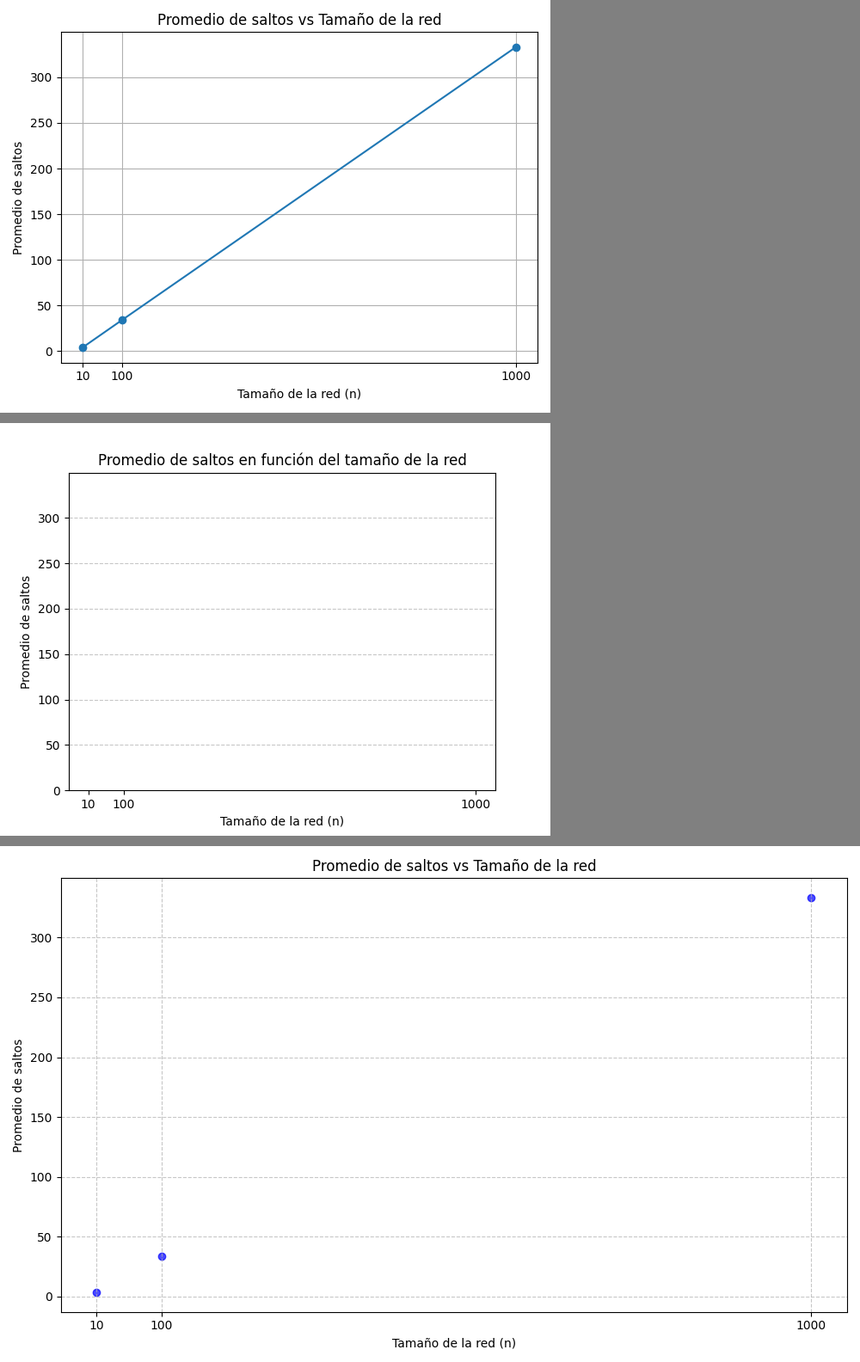
Repository: Carpinteron/TallerrRedes
Script's output: python SimulacionTaller.py
The author's editor kept a copy of each file at every save. The script's output is drawn from the files as they stood at one save, then again after a run of saves.
The pictures are shown at 86% of full size.
Each picture stacks the figures in order, with grey between them; figures that are only written to a file come last. Random numbers start from a fixed seed.

Above is the script's output before, as saved 2025-02-11 08:37:23.

### SimulacionTaller.py
import random # importar librería random para la generación de valores aleatorios
from fractions import Fraction # importar librería Fraction para el manejo de fracciones
import matplotlib.pyplot as plt # importar librería matplotlib para la generación de gráficas

num_experimentos = 50000 # número de experimentos a realizar, recomendable mayor a 1000
def calcular_saltos_promedio(n, num_experimentos): # función para calcular el promedio de saltos promedio
    total_saltos = 0
    for _ in range(num_experimentos):
        # Seleccionar dos nodos diferentes A y B
        (A, B)= random.sample(range(n), 2) # se seleccionan dos nodos aleatorios diferentes

        # Calcular la distancia (número de saltos) entre A y B
        saltos = abs(A - B) # se calcula como el valor absoluto de la diferencia entre A y B

        # Sumar al total de saltos
        total_saltos += saltos

    # Calcular el promedio de saltos
    promedio_saltos = total_saltos / num_experimentos # obtener el promedio como número real
    prom_frac=Fraction(total_saltos, num_experimentos) # obtener el promedio en forma de fracción
    return promedio_saltos, prom_frac

# Tamaños de red a simular
tamanos_red = [10, 100, 1000] # 10 pequeño - 100 mediano - 1000 grande

# Listas para almacenar los resultados
promedios = []
tamanos = []

# Realizar la simulación para cada tamaño de red
for n in tamanos_red:
    promedio = calcular_saltos_promedio(n, num_experimentos)
    print(f"\nPara una red de {n} nodos, el promedio de saltos es: {promedio[0]} o {promedio[1]}")
    promedios.append(promedio[0])
    tamanos.append(n)

    #print(F"Promedio teórico: {(n+1)/3}")

# Grafica
# Graficar los resultados
#De linea
plt.plot(tamanos, promedios, marker='o')
plt.xlabel('Tamaño de la red (n)')
plt.ylabel('Promedio de saltos')
plt.title('Promedio de saltos vs Tamaño de la red')
plt.xticks(tamanos) # Asegurarse de que todos los tamaños de red estén en el eje x
plt.grid(True) # Mejorar la visualización de la cuadrícula
plt.tight_layout() # Ajustar el layout para que todo se vea bien
plt.show()

# De barras
# Crear gráfico de barras
plt.bar(tamanos, promedios, color='skyblue')

# Personalizar el gráfico
plt.title('Promedio de saltos en función del tamaño de la red')
plt.xlabel('Tamaño de la red (n)')
plt.ylabel('Promedio de saltos')
plt.xticks(tamanos)  # Mostrar todos los valores en el eje X
plt.grid(axis='y', linestyle='--', alpha=0.7)

# Mostrar el gráfico
plt.show()

# Graficar los resultados como dispersión
plt.figure(figsize=(10, 6)) # Ajustar el tamaño de la figura
plt.scatter(tamanos, promedios, color='b', alpha=0.7)
plt.xlabel('Tamaño de la red (n)')
plt.ylabel('Promedio de saltos')
plt.title('Promedio de saltos vs Tamaño de la red')
plt.xticks(tamanos) # Asegurarse de que todos los tamaños de red estén en el eje x
plt.grid(True, linestyle='--', alpha=0.7) # Mejorar la visualización de la cuadrícula
plt.tight_layout() # Ajustar el layout para que todo se vea bien
plt.show()

After the next 2 saves:
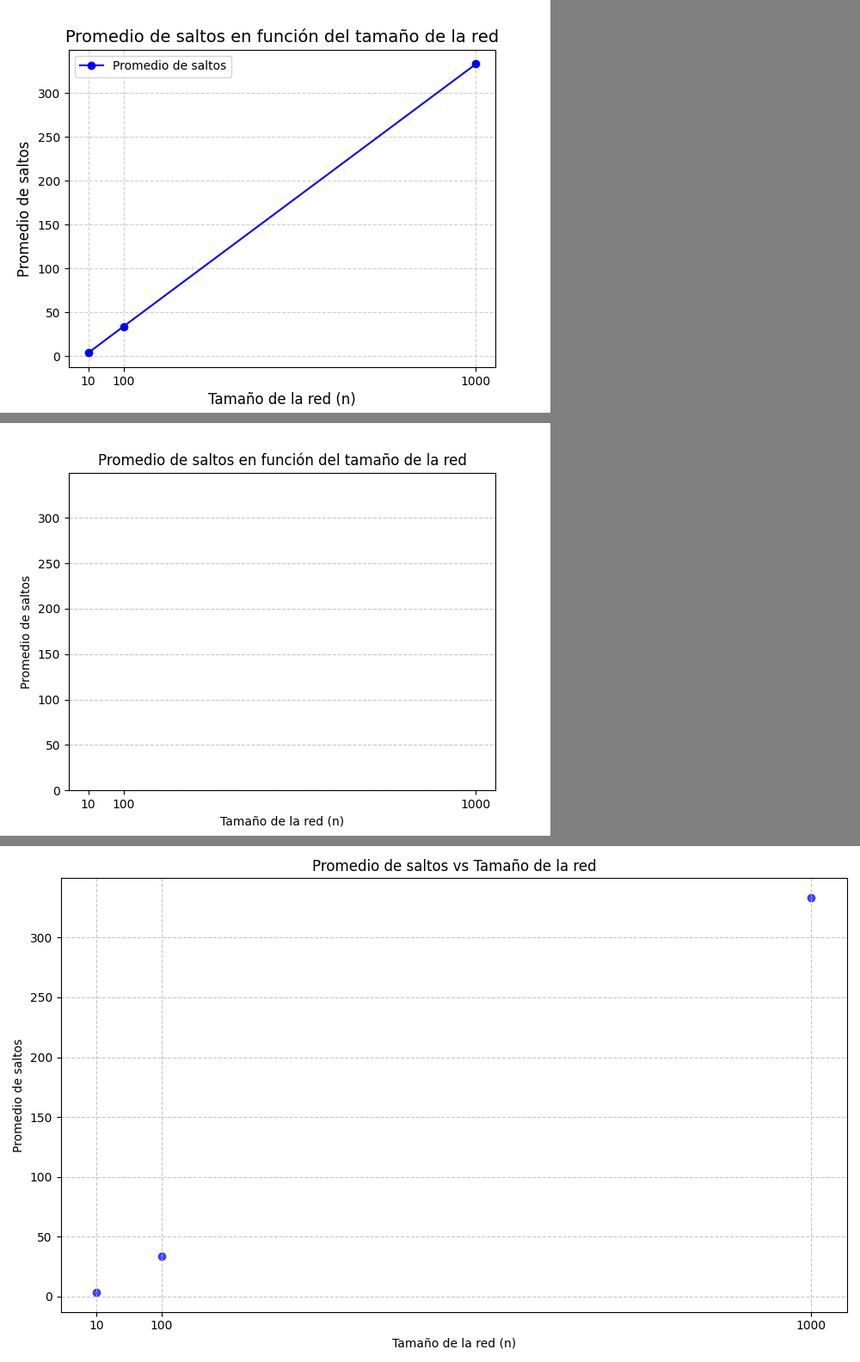
The 2 saves are shown as one change because 1 did not build or start.
The last was saved 69 s later.
--- a/SimulacionTaller.py
+++ b/SimulacionTaller.py
@@ -37,15 +37,18 @@ for n in tamanos_red:
     #print(F"Promedio teórico: {(n+1)/3}")
 
 # Grafica
-# Graficar los resultados
-#De linea
-plt.plot(tamanos, promedios, marker='o')
-plt.xlabel('Tamaño de la red (n)')
-plt.ylabel('Promedio de saltos')
-plt.title('Promedio de saltos vs Tamaño de la red')
-plt.xticks(tamanos) # Asegurarse de que todos los tamaños de red estén en el eje x
-plt.grid(True) # Mejorar la visualización de la cuadrícula
-plt.tight_layout() # Ajustar el layout para que todo se vea bien
+# Crear gráfico de líneas
+plt.plot(tamanos_red, promedios, marker='o', linestyle='-', color='b', label='Promedio de saltos')
+
+# Personalizar el gráfico
+plt.title('Promedio de saltos en función del tamaño de la red', fontsize=14)
+plt.xlabel('Tamaño de la red (n)', fontsize=12)
+plt.ylabel('Promedio de saltos', fontsize=12)
+plt.xticks(tamanos_red)  # Asegura que todos los valores de n se muestren en el eje X
+plt.grid(True, linestyle='--', alpha=0.6)  # Agrega una cuadrícula
+plt.legend()  # Muestra la leyenda
+
+# Mostrar el gráfico
 plt.show()
 
 # De barras
